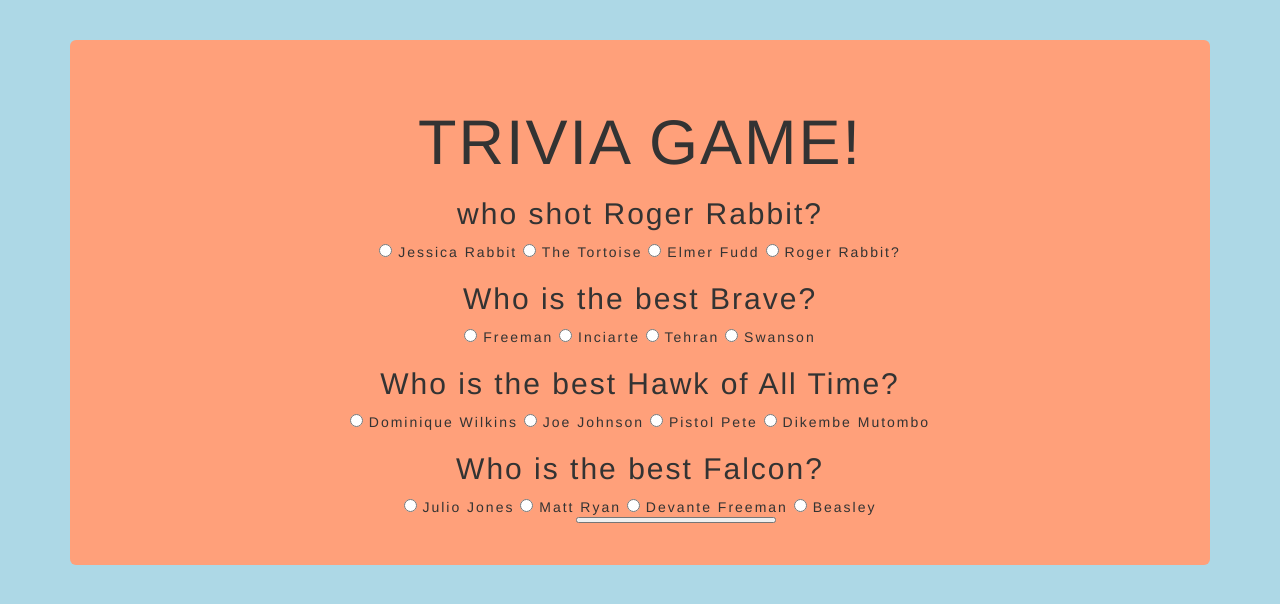
Repository: phiniezyc/TriviaGame
Page: index.html
These files come from the project's save history. The page is drawn as it stood at one moment and after a run of saves; the edit follows.
The browser window is 1280 px wide. The pictures show the whole page.
After loading, the first visible `#startGameButton` was clicked once.
Some web libraries are served in a nearby version.

Above is the page before, as saved 2017-09-14 00:59:30.

### index.html
<!DOCTYPE html>
<html lang="">
<head>
    <meta charset="utf-8">
    <meta name="viewport" content="width=device-width, initial-scale=1.0">
    <title>Quiz Game</title>
    <link rel="stylesheet" href="https://maxcdn.bootstrapcdn.com/bootstrap/3.3.7/css/bootstrap.min.css">
    <link rel="stylesheet" href="assets/css/style.css">
</head>

<body>

<div class="container">
<div class="row">

</div>
</div>
<div class="container">
    <div class="jumbotron">
        <div>
            <h1 id="gameHeading">TRIVIA GAME!</h1>
        </div>
        <div id="questionSection">
            <button id="startGameButton">Start Game</button>
        </div>
    </div>
</div>



<script src="https://ajax.googleapis.com/ajax/libs/jquery/3.2.1/jquery.min.js"></script>
<script src="assets/javascript/app.js"></script>
</body>
</html>

### assets/css/style.css
body {
    background-color: lightblue;
}

#gameHeading {
    text-align: center;
}

button {
    /*margin-left: 45%;*/
    /*text-align: center;*/
    width: 200px;
    position: absolute;
    left: 45%;
}


.jumbotron {
    background-color: lightsalmon;
    margin-top: 40px;
    text-align: center;
    letter-spacing: 2px;
}



/*
.!*answerSections {

    height: 100px;
    border-style: solid;
    border-width: 5px;
    text-align: center;
    font-size: 35px;
    width: 75%;
    margin: 0 auto;
    padding-top: 15px;
} *!*/

### assets/javascript/app.js

$("#startGameButton").on("click", function () {
    $("#startGameButton").remove();
    for (var i = 0; i < questions.length; i++) {
        $("#questionSection").append("<h2>" + questions[i].question + "</h2>");
        for (var j = 0; j < questions[i].answers.length; j++) {
            $("#questionSection").append("<input type = 'radio' name= 'questionsToAsk" + i + " 'value' " + questions[i].answers[j] + "'>" + questions[i].answers[j])
        }
    }
    $("#questionSection").after("<button>").text;
});

var questions = [{
    question: " who shot Roger Rabbit? ",
    answers: [" Jessica Rabbit ", " The Tortoise ", " Elmer Fudd ", " Roger Rabbit? "],
    correctAnswer: " Jessica Rabbit "
}, {
    question: " Who is the best Brave? ",
    answers: [" Freeman ", " Inciarte ", " Tehran ", " Swanson "],
    correctAnswer: "Freeman"
}, {
    question: " Who is the best Hawk of All Time? ",
    answers: [" Dominique Wilkins ", " Joe Johnson ", " Pistol Pete ", " Dikembe Mutombo "],
    correctAnswer: " Dominique Wilkins "
}, {
    question: " Who is the best Falcon? ",
    answers: [" Julio Jones ", " Matt Ryan ", " Devante Freeman ", " Beasley "],
    correctAnswer: " Julio Jones "
}];

After the next 2 saves:
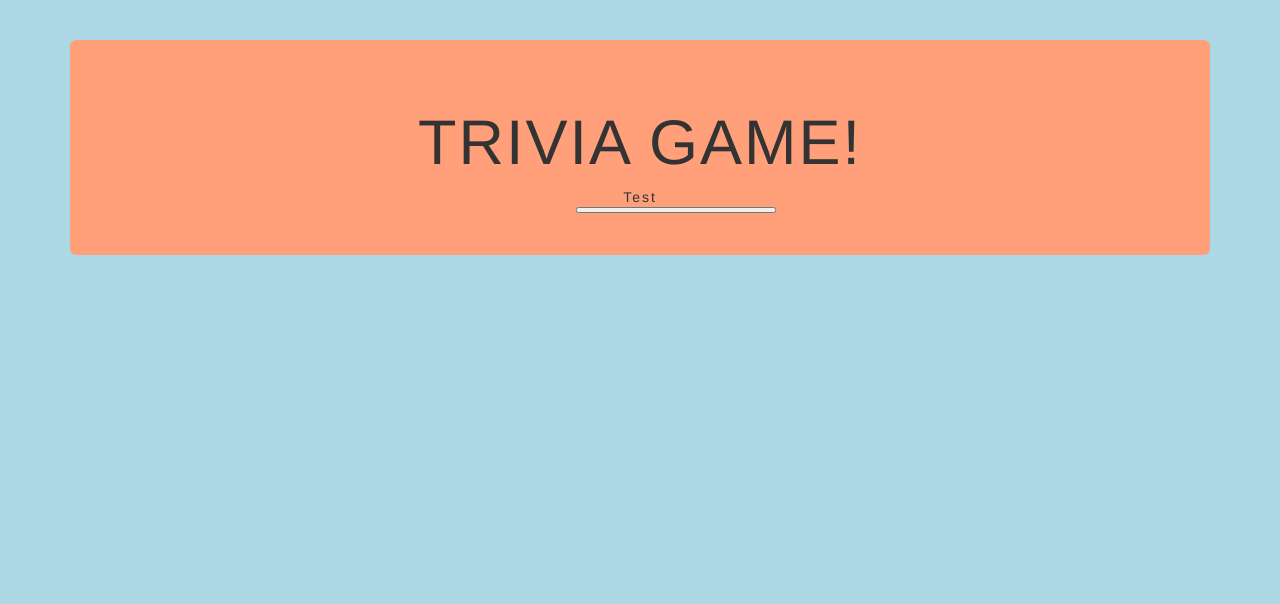
The 2 saves are shown as one change because they came seconds apart.
The last was saved 10 s later.
--- a/assets/javascript/app.js
+++ b/assets/javascript/app.js
@@ -7,7 +7,7 @@
             $("#questionSection").append("<input type = 'radio' name= 'questionsToAsk" + i + " 'value' " + questions[i].answers[j] + "'>" + questions[i].answers[j])
         }
     }
-    $("#questionSection").after("<button>").text;
+    $("#questionSection").after("<button>").text("Test");
 });
 
 var questions = [{
